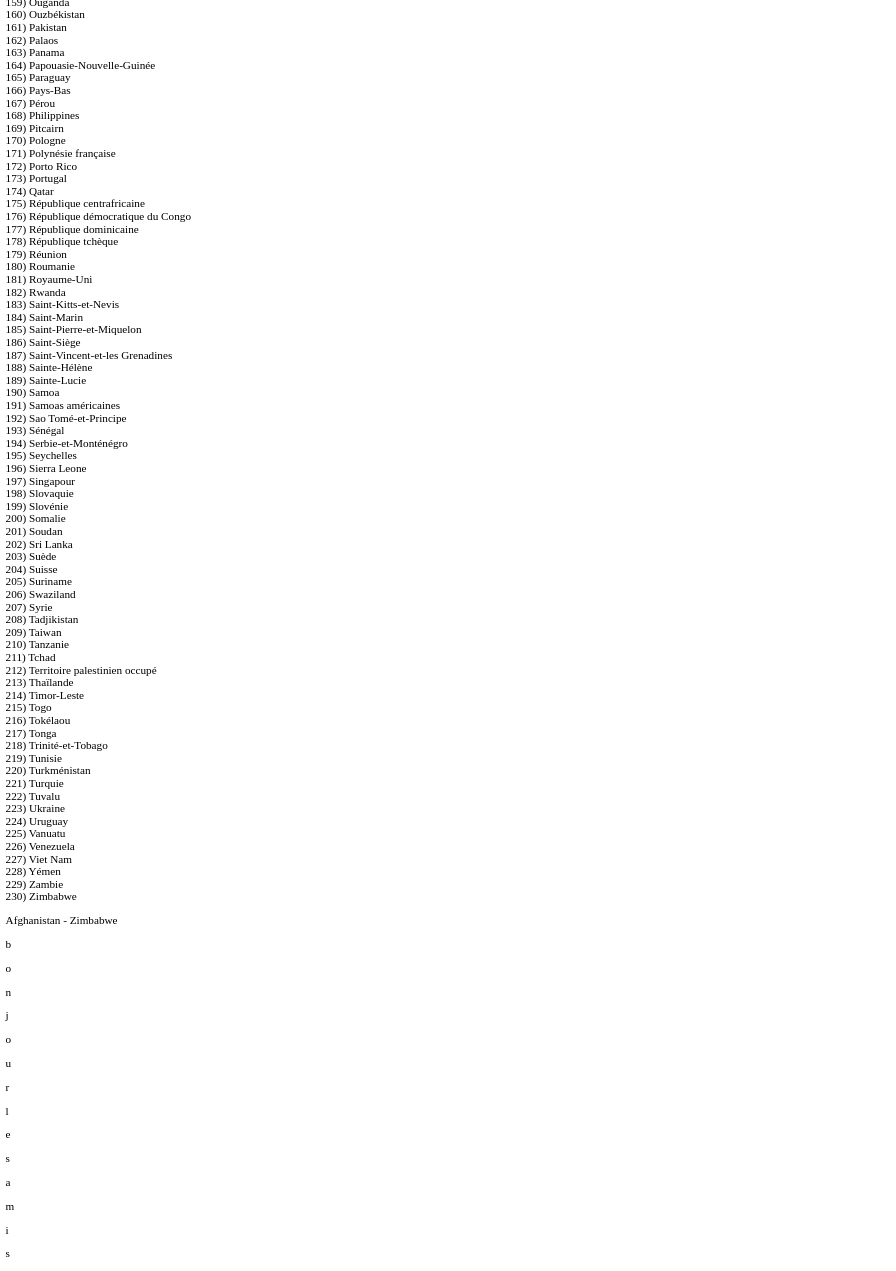
Repository: QuentinFayt/base-php-2021
Page: http://localhost/07-for-sur-tableau.php
These files come from the project's save history. The page is drawn as it stood at one moment and after the next save; the edit follows.
The browser window is 1280 px wide. The pictures show the part of the page from y = 2916 to 4836 px (the page is 4732 px tall before and 4836 px after), at 70% of full size.
The page is run by PHP 8.4 with error messages shown; the project is at /var/www/html/.

Above is the page before, as saved 2021-07-08 14:52:40.

After the next save:
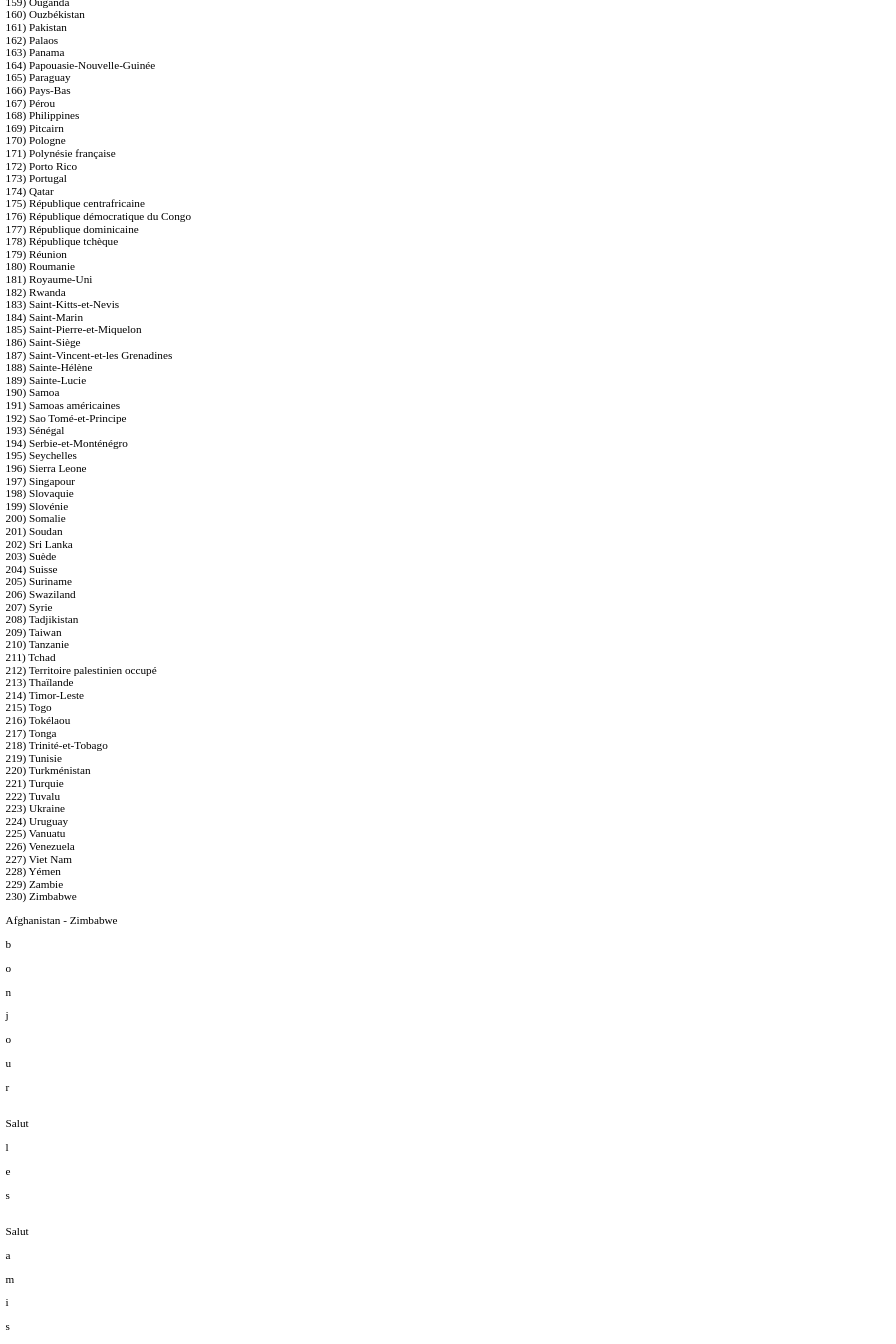
Saved 32 s later.
--- a/07-for-sur-tableau.php
+++ b/07-for-sur-tableau.php
@@ -25,7 +25,7 @@
 $nbString = strlen($string);
 
 for($i=0; $i<$nbString;$i++){
-    if($i===7 && $i===11){
+    if($i===7 || $i===11){
         echo "<br/>Salut<br/>";
     }
     else{
